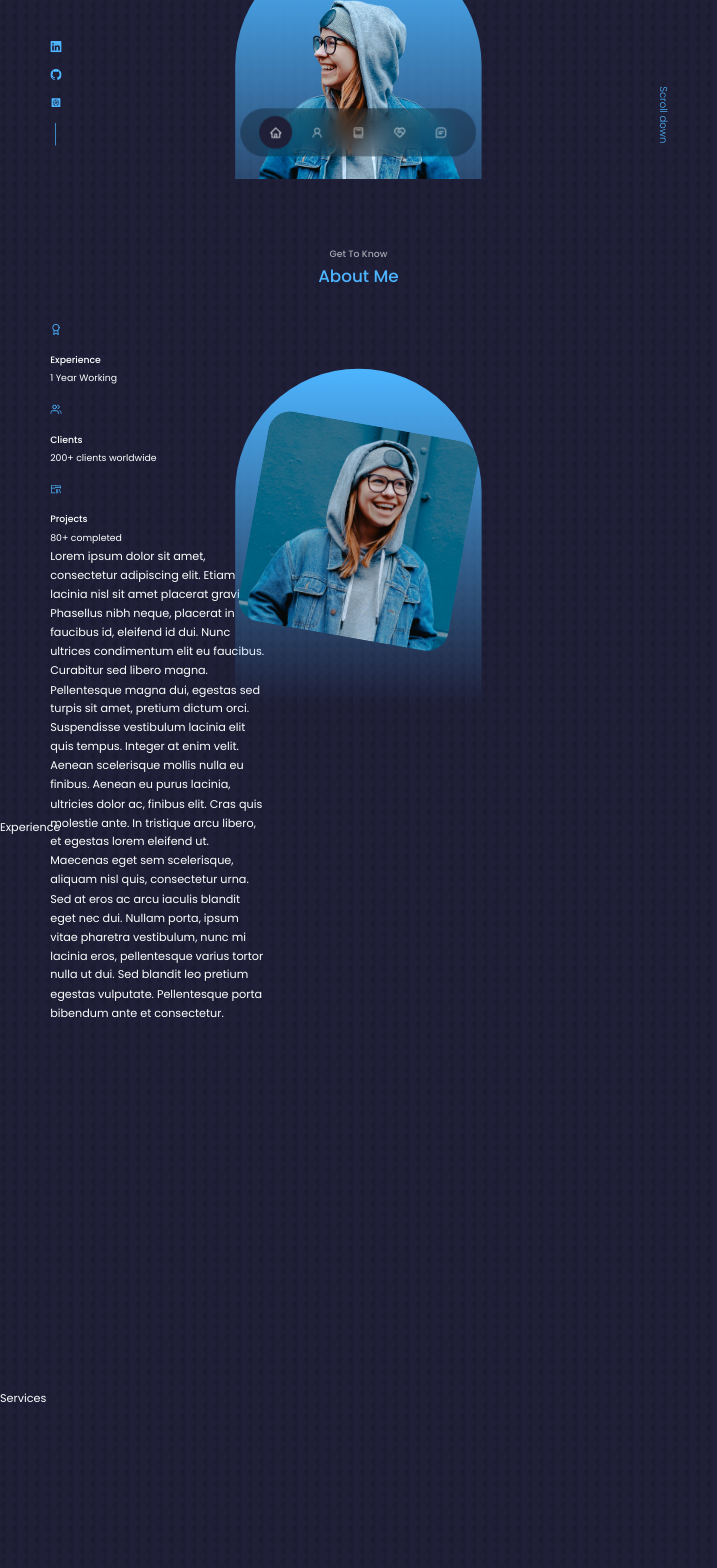
Repository: smallchungus/resumeWebsite
Page: / (app in hello/)
An editor plug-in stored every save of this project. The page is shown before and after a run of saves, followed by the edit.
The browser window is 1024 px wide. The pictures show the part of the page from y = 464 to 2704 px (the page is 5643 px tall), at 70% of full size.
The project was rebuilt for these pictures with package versions that can differ from the ones it lists, and the page was loaded fresh each time. Also part of the build but not shown: hello/src/components/experience/experience.css, hello/src/components/portfolio/portfolio.css, hello/src/components/contact/contact.css, hello/src/components/footer/footer.css. Imported but missing from the stored project, and not drawn on this page: hello/src/assets/cv.pdf.

Above is the page before, as saved 2023-03-23 18:05:11.

After the next 2 saves:
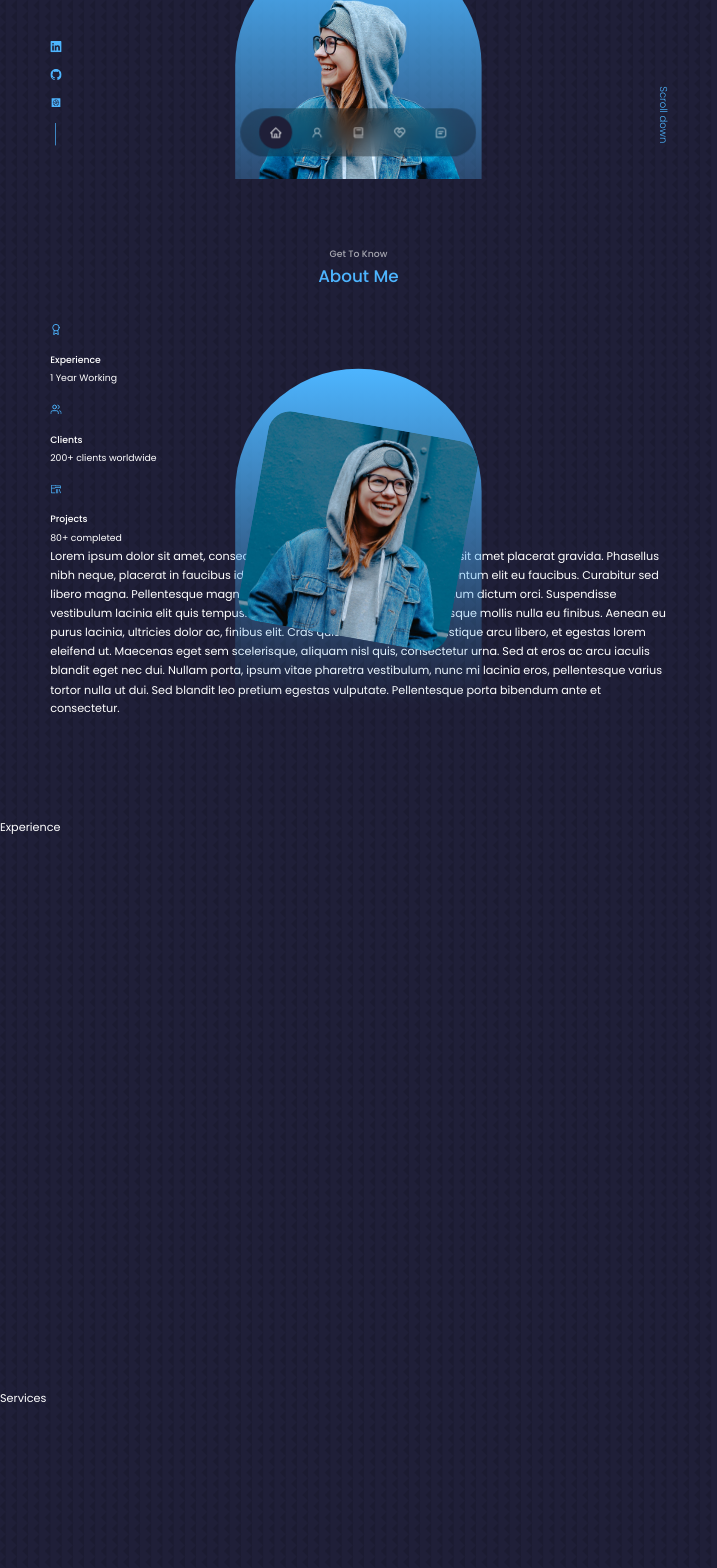
The 2 saves are shown as one change because they came seconds apart.
The last was saved 10 s later.
--- a/hello/src/components/about/about.css
+++ b/hello/src/components/about/about.css
@@ -73,6 +73,7 @@
 
 @media screen and (max-width: 1024px) {
     .about_container {
-        grid-
+        grid-template-columns: 1fr;
+        gap: 0;
     }
 }
